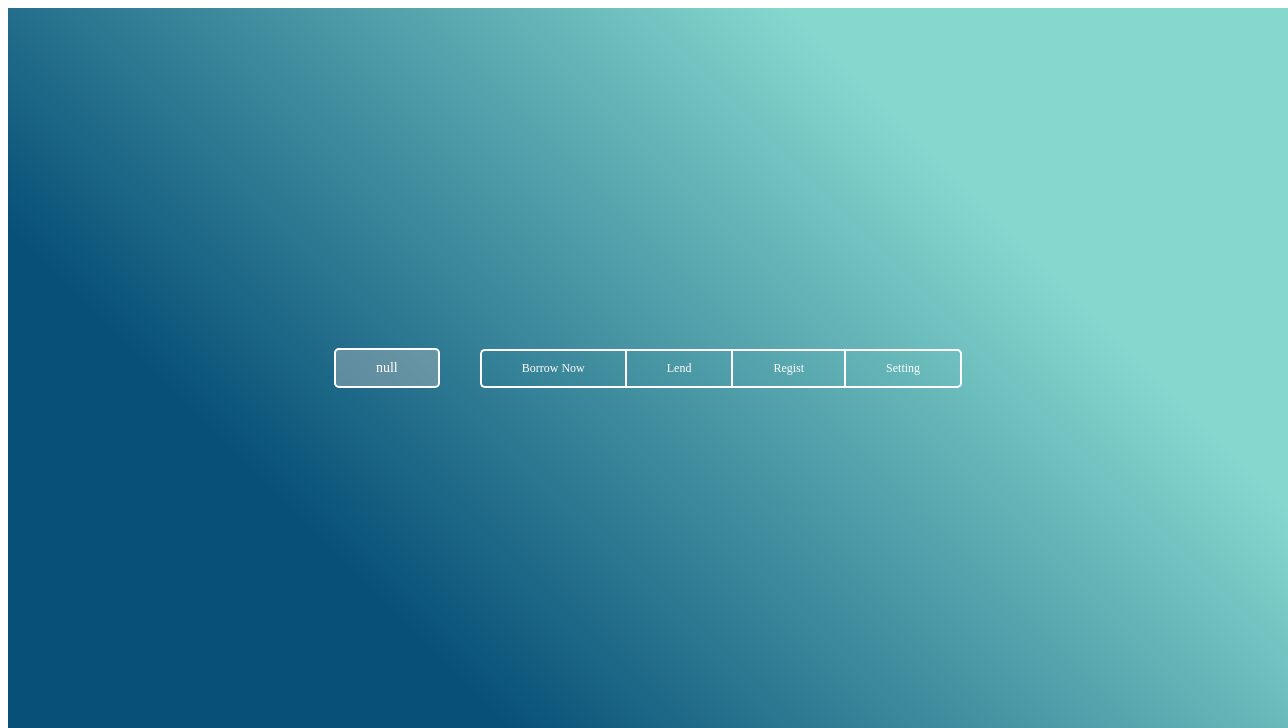
Repository: ysknsid25/mer
Page: http://localhost/library/view/menu.jsp
These files come from the project's save history. The page is drawn as it stood at one moment and after the next save; the edit follows.
The browser window is 1280 px wide. The page is 1288 px wide, so the pictures cover 1288 px, including what lies to the right of the window. The pictures show the whole page.
The page is served by Tomcat 9.

Above is the page before, as saved 2018-11-19 12:22:29.

After the next save:
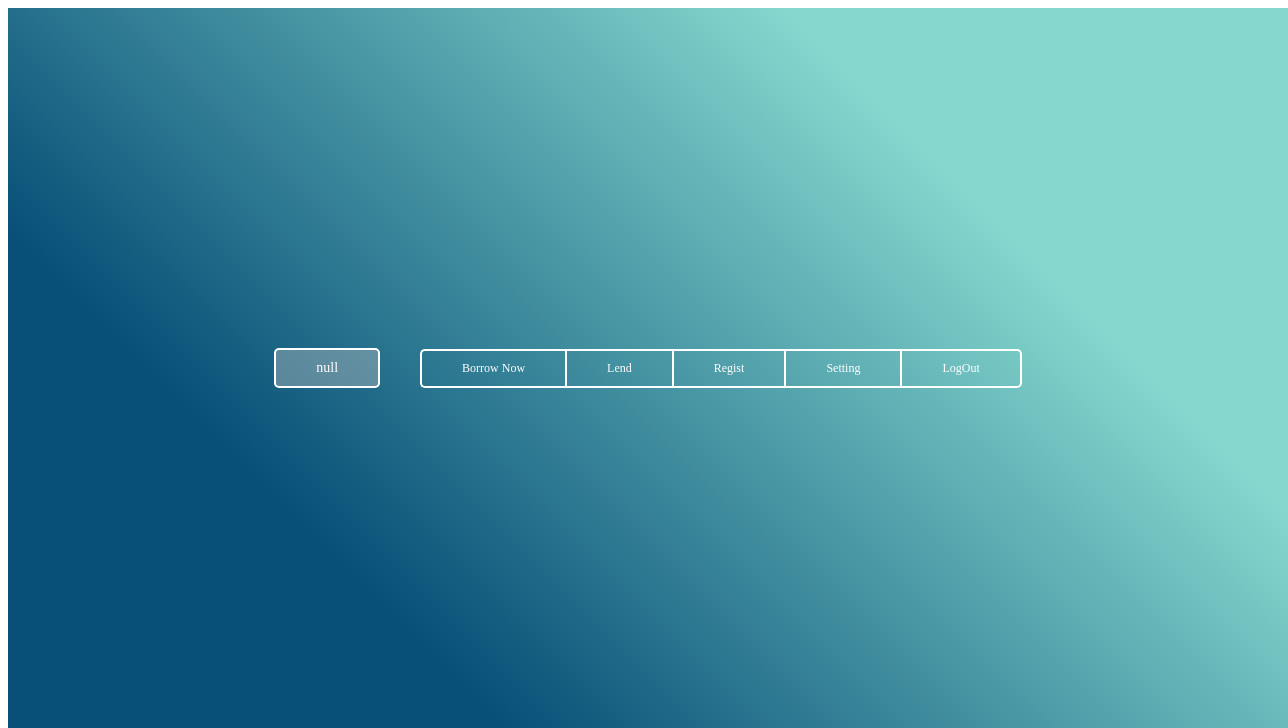
Saved 2 min 27 s later.
--- a/mer/library/WebContent/view/menu.jsp
+++ b/mer/library/WebContent/view/menu.jsp
@@ -27,6 +27,8 @@
 				href="<%=StringUtil.REGIST + StringUtil.CONTROLLER %>">Regist</a></li>
 			<li class="btn"><a
 				href="<%=StringUtil.REGIST + StringUtil.CONTROLLER %>">Setting</a></li>
+				<li class="btn"><a
+				href="<%=StringUtil.REGIST + StringUtil.CONTROLLER %>">LogOut</a></li>
 		</ul>
 
 
